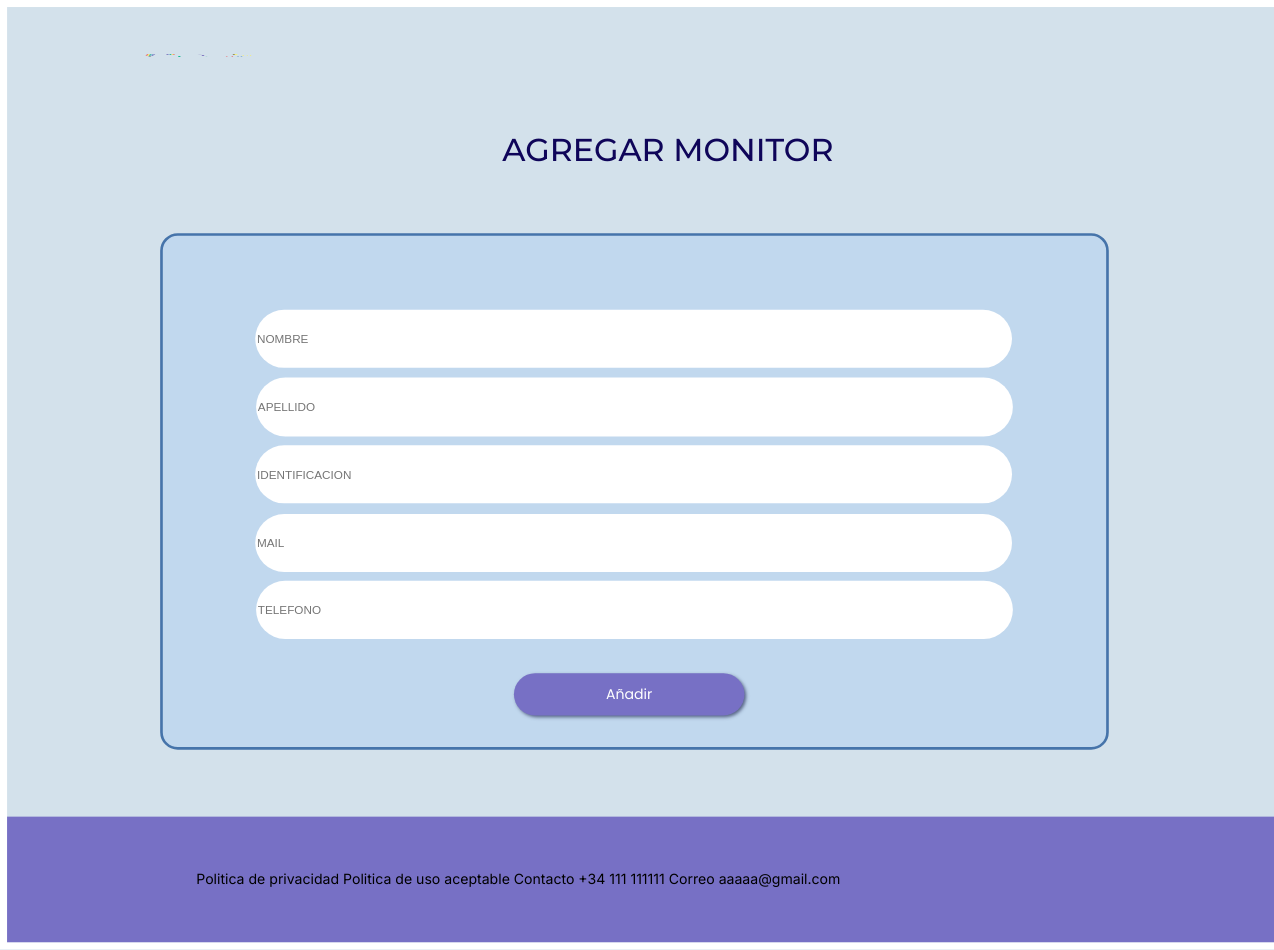
Repository: maariadomiingo/Proyecto-Integrador-Campamento
Page: html/agregarMonitor.html
An editor plug-in stored every save of this project. The page is shown before and after a run of saves, followed by the edit.
The browser window is 1280 px wide. The page is 1448 px wide, so the pictures cover 1448 px, including what lies to the right of the window. The pictures show the whole page, at 88% of full size.

Above is the page before, as saved 2025-02-13 10:59:25.

After the next 2 saves:
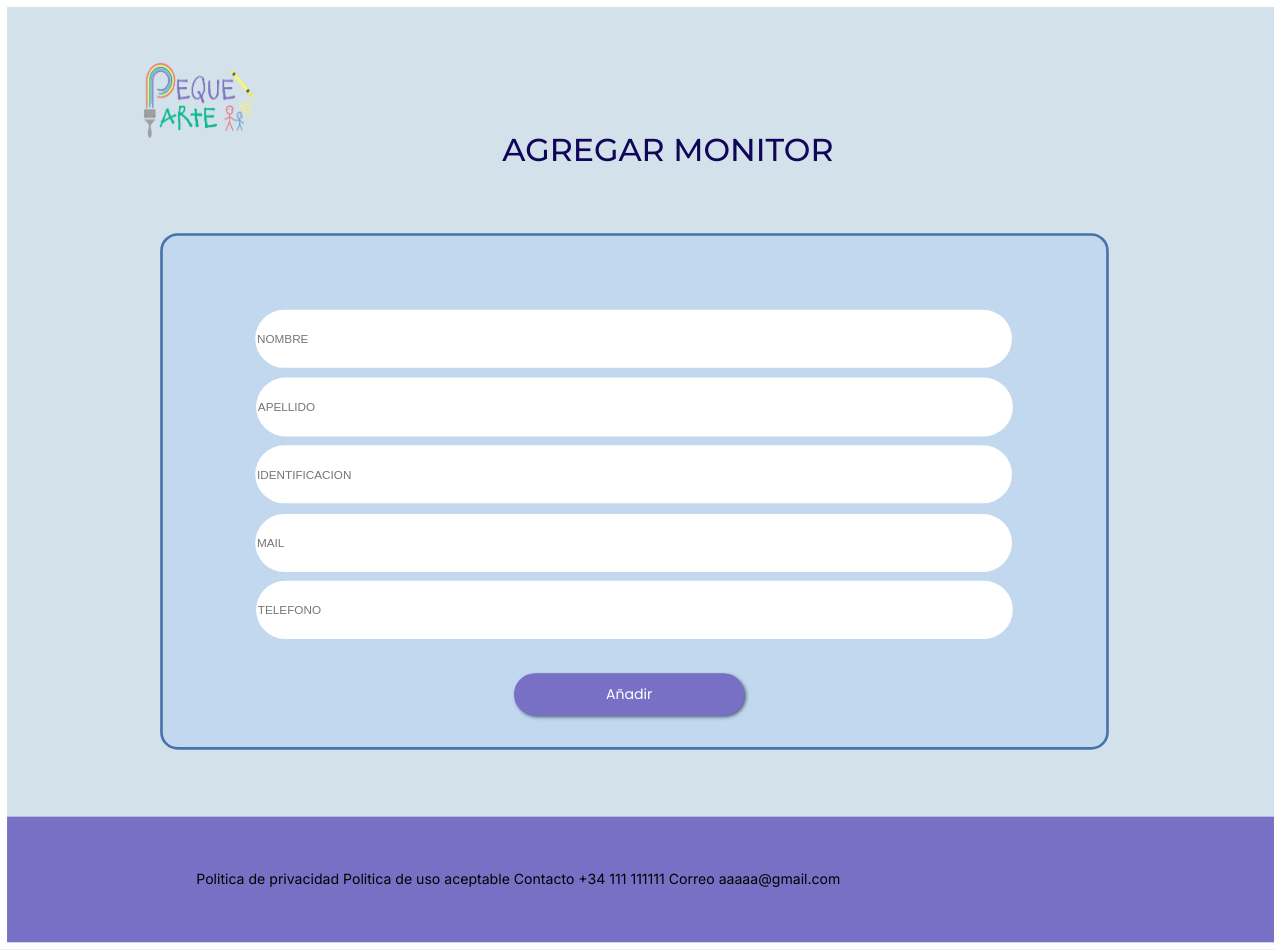
The 2 saves are shown as one change because they came seconds apart.
The last was saved 7 s later.
--- a/css/agregarMonitor.css
+++ b/css/agregarMonitor.css
@@ -37,7 +37,7 @@ button {
 .logo {
   position: absolute;
   width: 10%;
-  height: 4px;
+  height: 10%;
   top: 5%;
   left: 10%;
   z-index: 79;
